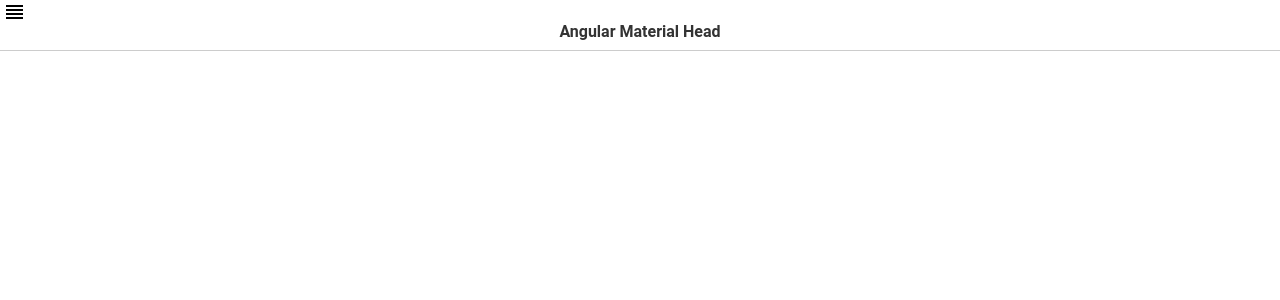
Repository: caltras/web-material
Page: index.html
The author's editor kept a record of every edit. The page is drawn from the files as they stood at one moment, then again after the next edit.
The browser window is 1280 px wide. The pictures show the whole page.

Above is the page before.

After the next edit:
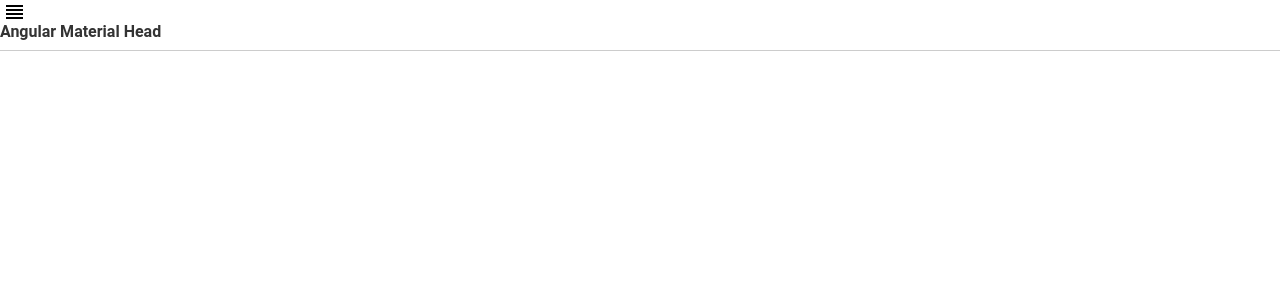
The edit:
--- a/css/webMaterial.css
+++ b/css/webMaterial.css
@@ -10,7 +10,7 @@
 head-web-material > div{
 	height: 50px;
 	border-bottom: solid 1px #ccc;
-	text-align: center;
+	position: relative;
 }
 head-web-material > div.z0{
 	box-shadow: 0px 0px 0px rgba(121,121,121,0.5);

After the edit that followed:
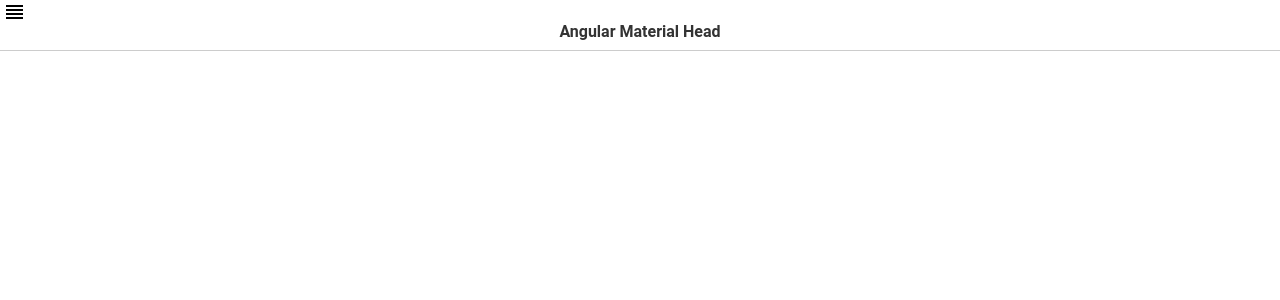
The edit:
--- a/css/webMaterial.css
+++ b/css/webMaterial.css
@@ -43,6 +43,6 @@
 	-moz-box-shadow:0px 2px 10px rgba(121,121,121,0.5);
 }
 head-web-material > div > .title{
-	/*padding-top: 10px;*/
+	text-align:center;
 	font-weight:bold;
 }
